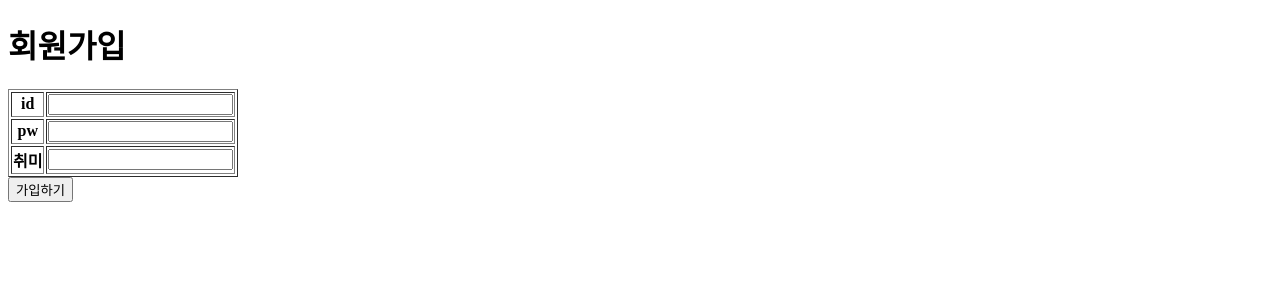
Repository: teeeeeeemo/workspace_spring
Page: http://localhost/BoardWeb/insertUser.jsp
These files come from the project's save history. The page is drawn as it stood at one moment and after the next save; the edit follows.
The browser window is 1280 px wide. The pictures show the whole page.
The page is served by Tomcat 9. Nobody is signed in. The application's start-up code is not run.

Above is the page before, as saved 2017-01-27 17:07:51.

After the next save:
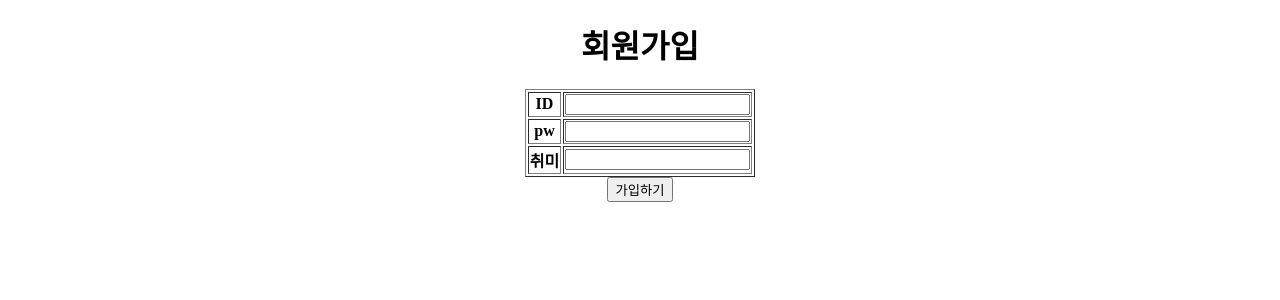
Console error: SyntaxError: Unexpected token ')'
Saved 2 min 2 s later.
--- a/BoardWeb/src/main/webapp/insertUser.jsp
+++ b/BoardWeb/src/main/webapp/insertUser.jsp
@@ -8,13 +8,13 @@
 </head>
 
 <body>
-
+<center>
 	<h1>회원가입</h1>
 	<form action="JOIN_CHECK.jsp" method="post"
 		onsubmit="return input_check_func()">
 		<table border="1">
 			<tr>
-				<th>id</th>
+				<th>ID</th>
 				<td><input id="JOIN_id" name="JOIN_id"></td>
 			</tr>
 			<tr>
@@ -28,6 +28,7 @@
 		</table>
 		<button>가입하기</button>
 	</form>
+	</center>
 
 	<script>
     // input_check_func는 회원가입에 필요한 3가지 문항을 전부다 채워 넣었는지 check 해준다
@@ -37,8 +38,8 @@
         var pw = document.getElementById('JOIN_pw').value;
         var hobby = document.getElementById('JOIN_hobby').value;
 
-        if(id == null || pw == null || hobby == null ||
-         id == ""   || pw == ""   || hobby == "") {
+        if(id == null || password == null || name == null ||
+         id == ""   || password == ""   || name == "" || ) {
             alert("빈칸으로 두지 말구 다 기입해");
             return false;
         } else {
